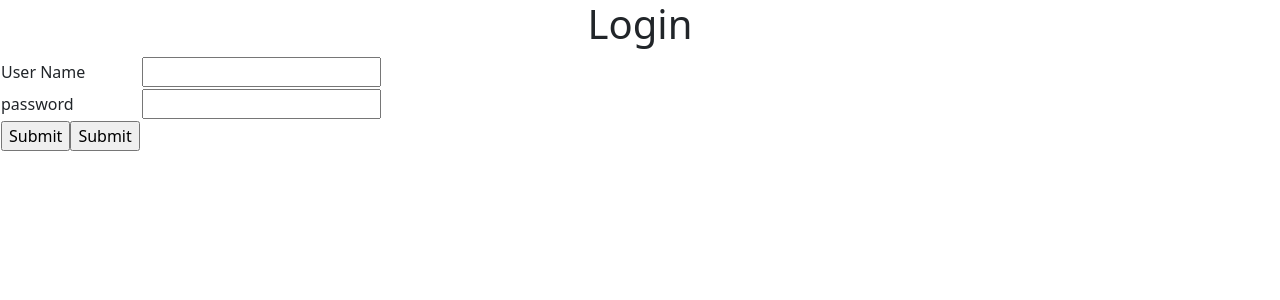
Repository: manmadharaomaruvada/servlets
Page: RequestDispatcherDemo/src/main/webapp/login.html
An editor plug-in stored every save of this project. The page is shown before and after the next save, followed by the edit.
The browser window is 1280 px wide. The pictures show the whole page.

Above is the page before, as saved 2022-10-17 09:56:26.

After the next save:
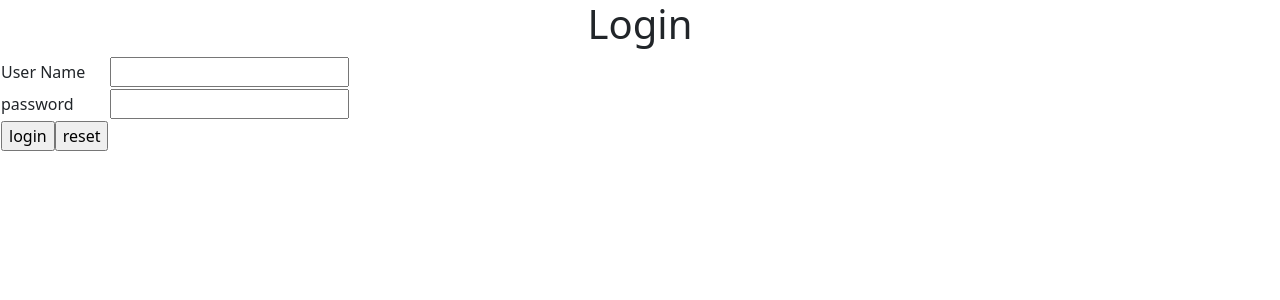
Saved 53 s later.
--- a/RequestDispatcherDemo/src/main/webapp/login.html
+++ b/RequestDispatcherDemo/src/main/webapp/login.html
@@ -25,7 +25,7 @@
 				<td><input type="password" name="pwd"/></td>
 			</tr>
 			<tr>
-			<td><input type="submit" name="login"/><input type="submit" name="reset"/></td>
+			<td><input type="submit" value="login"/><input type="submit" value="reset"/></td>
 			</tr>
 		</table>
 	</form>
